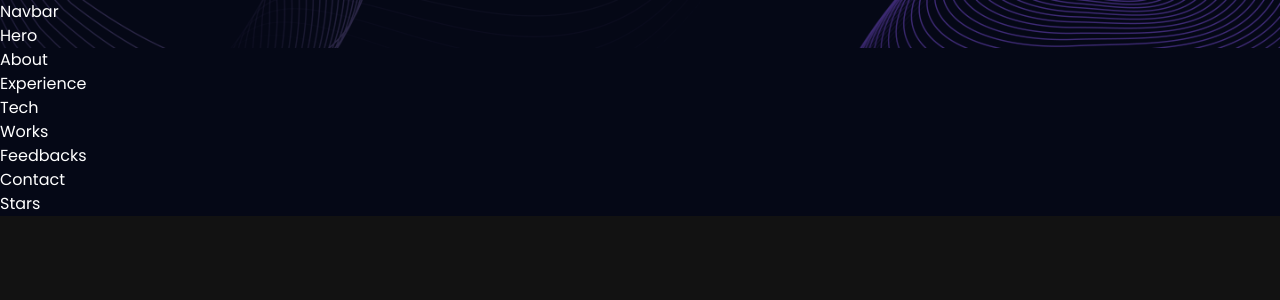
Repository: huiyyee/3d_portfolio
Page: /
These files come from the project's save history. The page is drawn as it stood at one moment and after a run of saves; the edit follows.
The browser window is 1280 px wide. The pictures show the whole page.
The project was rebuilt for these pictures with package versions that can differ from the ones it lists, and the page was loaded fresh each time. Also part of the build but not shown: vite.config.js, src/components/canvas/Earth.jsx, src/components/canvas/Ball.jsx, src/components/canvas/Computers.jsx.

Above is the page before, as saved 2024-09-26 17:09:28.

### src/App.jsx
import { BrowserRouter } from "react-router-dom" //used for routing
import { About, Contact, Experience, Feedbacks,
  Hero, Navbar, Tech, Works, StarsCanvas } from './components';

const App = () => {
  return (
    <BrowserRouter>
      <div className="relative z-0 bg-primary">
        <div className="bg-hero-pattern bg-cover bg-no-repeat bg-center">
          <Navbar/>
          <Hero/>
        </div>
        <About/>
        <Experience/>
        <Tech/>
        <Works/>
        <Feedbacks/>
        <div className="relative z-0">
          <Contact/>
          <StarsCanvas />
        </div>
      </div>
    </BrowserRouter>

  )
}

export default App

### src/components/Navbar.jsx
import React, { useEffect, useState} from 'react'
import { Link } from 'react-router-dom'//use to navigate to other parts of the pages
import { styles } from './styles';
import { navLinks } from '../constants';
import { logo, menu, close} from '../assets';

const Navbar = () => {
  return (
    <div>Navbar</div>
  )
}

export default Navbar

### src/components/styles.js
const styles = {
    paddingX: "sm:px-16 px-6",
    paddingY: "sm:py-16 py-6",
    padding: "sm:px-16 px-6 sm:py-16 py-10",

    heroHeadText:
        "font-black text-white lg:text-[80px] sm:text-[60px] xs:text-[50px] text-[40px] lg:leading-[98px] mt-2",
    heroSubText:
        "text-[#dfd9ff] font-medium lg:text-[30px] sm:text-[26px] xs:text-[20px] text-[16px] lg:leading-[40px]",

    sectionHeadText:
        "text-white font-black md:text-[60px] sm:text-[50px] xs:text-[40px] text-[30px]",
    sectionSubText:
        "sm:text-[18px] text-[14px] text-secondary uppercase tracking-wider",
    };

export { styles };

### src/constants/index.js
import {
    mobile,
    backend,
    creator,
    web,
    javascript,
    typescript,
    html,
    css,
    reactjs,
    redux,
    tailwind,
    nodejs,
    mongodb,
    git,
    figma,
    docker,
    meta,
    starbucks,
    tesla,
    shopify,
    carrent,
    jobit,
    tripguide,
    threejs,
  } from "../assets";

  export const navLinks = [
    {
      id: "about",
      title: "About",
    },
    {
      id: "work",
      title: "Work",
    },
    {
      id: "contact",
      title: "Contact",
    },
  ];

  const services = [
    {
      title: "Web Developer",
      icon: web,
    },
    {
      title: "React Native Developer",
      icon: mobile,
    },
    {
      title: "Backend Developer",
      icon: backend,
    },
    {
      title: "Content Creator",
      icon: creator,
    },
  ];

  const technologies = [
    {
      name: "HTML 5",
      icon: html,
    },
    {
      name: "CSS 3",
      icon: css,
    },
    {
      name: "JavaScript",
      icon: javascript,
    },
    {
      name: "TypeScript",
      icon: typescript,
    },
    {
      name: "React JS",
      icon: reactjs,
    },
    {
      name: "Redux Toolkit",
      icon: redux,
    },
    {
      name: "Tailwind CSS",
      icon: tailwind,
    },
    {
      name: "Node JS",
      icon: nodejs,
    },
    {
      name: "MongoDB",
      icon: mongodb,
    },
    {
      name: "Three JS",
      icon: threejs,
    },
    {
      name: "git",
      icon: git,
    },
    {
      name: "figma",
      icon: figma,
    },
    {
      name: "docker",
      icon: docker,
    },
  ];

  const experiences = [
    {
      title: "React.js Developer",
      company_name: "Starbucks",
      icon: starbucks,
      iconBg: "#383E56",
      date: "March 2020 - April 2021",
      points: [
        "Developing and maintaining web applications using React.js and other related technologies.",
        "Collaborating with cross-functional teams including designers, product managers, and other developers to create high-quality products.",
        "Implementing responsive design and ensuring cross-browser compatibility.",
        "Participating in code reviews and providing constructive feedback to other developers.",
      ],
    },
    {
      title: "React Native Developer",
      company_name: "Tesla",
      icon: tesla,
      iconBg: "#E6DEDD",
      date: "Jan 2021 - Feb 2022",
      points: [
        "Developing and maintaining web applications using React.js and other related technologies.",
        "Collaborating with cross-functional teams including designers, product managers, and other developers to create high-quality products.",
        "Implementing responsive design and ensuring cross-browser compatibility.",
        "Participating in code reviews and providing constructive feedback to other developers.",
      ],
    },
    {
      title: "Web Developer",
      company_name: "Shopify",
      icon: shopify,
      iconBg: "#383E56",
      date: "Jan 2022 - Jan 2023",
      points: [
        "Developing and maintaining web applications using React.js and other related technologies.",
        "Collaborating with cross-functional teams including designers, product managers, and other developers to create high-quality products.",
        "Implementing responsive design and ensuring cross-browser compatibility.",
        "Participating in code reviews and providing constructive feedback to other developers.",
      ],
    },
    {
      title: "Full stack Developer",
      company_name: "Meta",
      icon: meta,
      iconBg: "#E6DEDD",
      date: "Jan 2023 - Present",
      points: [
        "Developing and maintaining web applications using React.js and other related technologies.",
        "Collaborating with cross-functional teams including designers, product managers, and other developers to create high-quality products.",
        "Implementing responsive design and ensuring cross-browser compatibility.",
        "Participating in code reviews and providing constructive feedback to other developers.",
      ],
    },
  ];

  const testimonials = [
    {
      testimonial:
        "I thought it was impossible to make a website as beautiful as our product, but Rick proved me wrong.",
      name: "Sara Lee",
      designation: "CFO",
      company: "Acme Co",
      image: "https://randomuser.me/api/portraits/women/4.jpg",
    },
    {
      testimonial:
        "I've never met a web developer who truly cares about their clients' success like Rick does.",
      name: "Chris Brown",
      designation: "COO",
      company: "DEF Corp",
      image: "https://randomuser.me/api/portraits/men/5.jpg",
    },
    {
      testimonial:
        "After Rick optimized our website, our traffic increased by 50%. We can't thank them enough!",
      name: "Lisa Wang",
      designation: "CTO",
      company: "456 Enterprises",
      image: "https://randomuser.me/api/portraits/women/6.jpg",
    },
  ];

  const projects = [
    {
      name: "Car Rent",
      description:
        "Web-based platform that allows users to search, book, and manage car rentals from various providers, providing a convenient and efficient solution for transportation needs.",
      tags: [
        {
          name: "react",
          color: "blue-text-gradient",
        },
        {
          name: "mongodb",
          color: "green-text-gradient",
        },
        {
          name: "tailwind",
          color: "pink-text-gradient",
        },
      ],
      image: carrent,
      source_code_link: "https://github.com/",
    },
    {
      name: "Job IT",
      description:
        "Web application that enables users to search for job openings, view estimated salary ranges for positions, and locate available jobs based on their current location.",
      tags: [
        {
          name: "react",
          color: "blue-text-gradient",
        },
        {
          name: "restapi",
          color: "green-text-gradient",
        },
        {
          name: "scss",
          color: "pink-text-gradient",
        },
      ],
      image: jobit,
      source_code_link: "https://github.com/",
    },
    {
      name: "Trip Guide",
      description:
        "A comprehensive travel booking platform that allows users to book flights, hotels, and rental cars, and offers curated recommendations for popular destinations.",
      tags: [
        {
          name: "nextjs",
          color: "blue-text-gradient",
        },
        {
          name: "supabase",
          color: "green-text-gradient",
        },
        {
          name: "css",
          color: "pink-text-gradient",
        },
      ],
      image: tripguide,
      source_code_link: "https://github.com/",
    },
  ];

  export { services, technologies, experiences, testimonials, projects };

### src/assets/index.js
import logo from "./logo.svg";
import backend from "./backend.png";
import creator from "./creator.png";
import mobile from "./mobile.png";
import web from "./web.png";
import github from "./github.png";
import menu from "./menu.svg";
import close from "./close.svg";

import css from "./tech/css.png";
import docker from "./tech/docker.png";
import figma from "./tech/figma.png";
import git from "./tech/git.png";
import html from "./tech/html.png";
import javascript from "./tech/javascript.png";
import mongodb from "./tech/mongodb.png";
import nodejs from "./tech/nodejs.png";
import reactjs from "./tech/reactjs.png";
import redux from "./tech/redux.png";
import tailwind from "./tech/tailwind.png";
import typescript from "./tech/typescript.png";
import threejs from "./tech/threejs.svg";

import meta from "./company/meta.png";
import shopify from "./company/shopify.png";
import starbucks from "./company/starbucks.png";
import tesla from "./company/tesla.png";

import carrent from "./carrent.png";
import jobit from "./jobit.png";
import tripguide from "./tripguide.png";

export {
  logo,
  backend,
  creator,
  mobile,
  web,
  github,
  menu,
  close,
  css,
  docker,
  figma,
  git,
  html,
  javascript,
  mongodb,
  nodejs,
  reactjs,
  redux,
  tailwind,
  typescript,
  threejs,
  meta,
  shopify,
  starbucks,
  tesla,
  carrent,
  jobit,
  tripguide,
};

Loaded but not shown: index.html (common file); src/main.jsx (common file); src/index.css (common file); src/components/index.js (common file); src/components/canvas/index.js (common file); src/components/Hero.jsx (common file); src/components/About.jsx (common file); src/components/Tech.jsx (common file); src/components/Experience.jsx (common file); src/components/Works.jsx (common file); src/components/Feedbacks.jsx (common file); src/components/Contact.jsx (common file); src/components/canvas/Stars.jsx (common file); tailwind.config.js (common file)

After the next 5 saves:
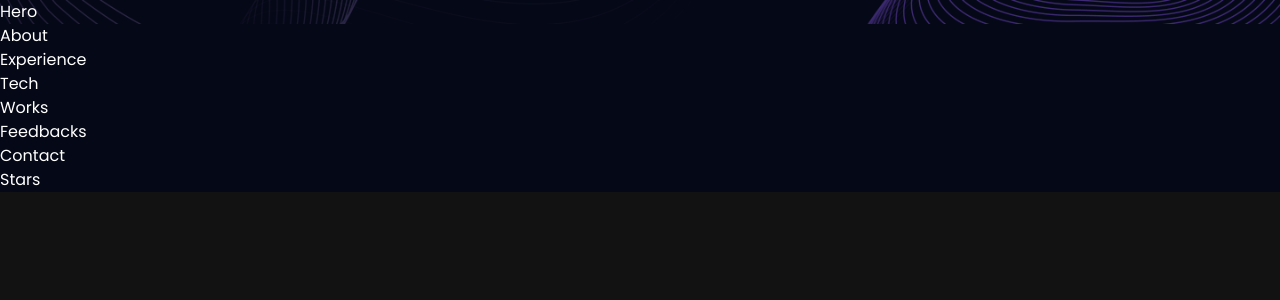
The 5 saves are shown as one change because they came seconds apart.
The last was saved 51 s later.
--- a/src/components/Navbar.jsx
+++ b/src/components/Navbar.jsx
@@ -6,7 +6,11 @@
 
 const Navbar = () => {
   return (
-    <div>Navbar</div>
+    <nav
+      className=''
+    >
+
+    </nav>
   )
 }
 
